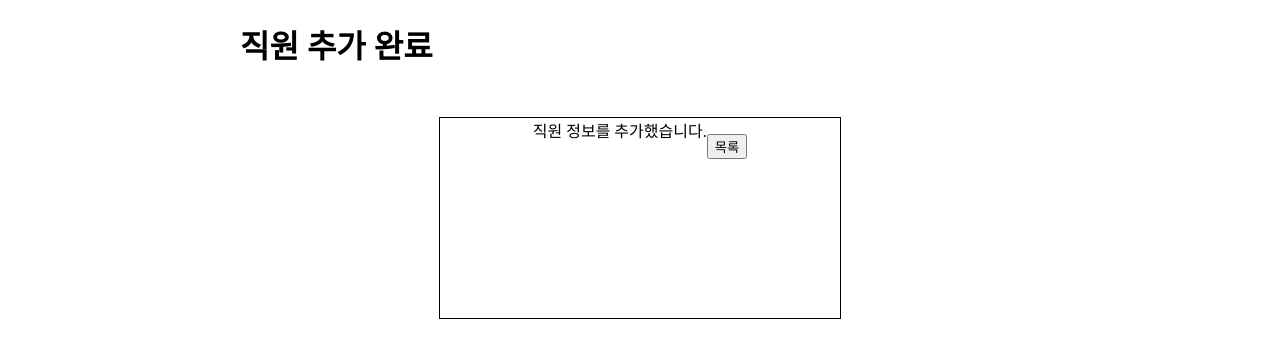
Repository: coolSummer1119/study
Page: http://localhost/ch03_Jsp/ch19_employee/insert.jsp
The author's editor kept a copy of each file at every save. The page is drawn from the files as they stood at one save, then again after the next save.
The browser window is 1280 px wide. The pictures show the whole page.
The page is served by Tomcat 9. Other server files are loaded and not shown. Queries for data that is not in the repository find no rows.

Above is the page before, as saved 2024-05-02 07:12:41.

### workspace/ch03_Jsp/src/main/webapp/ch19_employee/insert.jsp
<%@page import="kr.board.vo.BoardDAO"%>
<%@ page language="java" contentType="text/html; charset=UTF-8"
    pageEncoding="UTF-8"%>
<%@ page import="kr.employee.vo.EmployeeDAO" %>
<%
	//데이터 인코딩 타입 지정
	request.setCharacterEncoding("utf-8");
%>
<jsp:useBean id="employee" class="kr.employee.vo.EmployeeVO"/>
<jsp:setProperty name="employee" property="*"/>
<%
	EmployeeDAO dao = EmployeeDAO.getInstance();
	dao.insertEmployee(employee);
%>
<!DOCTYPE html>
<html>
<head>
<meta charset="UTF-8">
<title>직원 추가완료</title>
<link rel="stylesheet" href="<%= request.getContextPath() %>/CSS/style.css" type="text/css">
</head>
<body>
<div class="page-main">
	<h1>직원 추가 완료</h1>
	<div class="result-display">
		직원 정보를 추가했습니다.<p>
		<button onclick="location.href='list.jsp'">목록</button>
	</div>
</div>
</body>
</html>

### workspace/ch03_Jsp/src/main/java/kr/employee/vo/EmployeeVO.java
package kr.employee.vo;

import java.sql.Date;

public class EmployeeVO {
	//프로퍼티
	private int num;
	private String id;
	private String name;
	private String passwd;
	private int salary;
	private String job;
	private Date reg_date;

	//비밀번호 체크
	public boolean isCheckedPassword(String userPasswd) {
		if(passwd.equals(userPasswd)) {//비밀번호 일치
			return true;
		}
		return false;//비밀번호 불일치
	}

	public int getNum() {
		return num;
	}
	public void setNum(int num) {
		this.num = num;
	}
	public String getId() {
		return id;
	}
	public void setId(String id) {
		this.id = id;
	}
	public String getName() {
		return name;
	}
	public void setName(String name) {
		this.name = name;
	}
	public String getPasswd() {
		return passwd;
	}
	public void setPasswd(String passwd) {
		this.passwd = passwd;
	}
	public int getSalary() {
		return salary;
	}
	public void setSalary(int salary) {
		this.salary = salary;
	}
	public String getJob() {
		return job;
	}
	public void setJob(String job) {
		this.job = job;
	}
	public Date getReg_date() {
		return reg_date;
	}
	public void setReg_date(Date reg_date) {
		this.reg_date = reg_date;
	}



}

### workspace/ch03_Jsp/src/main/java/kr/employee/vo/EmployeeDAO.java
package kr.employee.vo;

import java.sql.Connection;
import java.sql.PreparedStatement;
import java.sql.ResultSet;

import kr.util.DBUtil;

public class EmployeeDAO {
	//싱글턴 패턴
	private static EmployeeDAO instance = new EmployeeDAO();

	public static EmployeeDAO getInstance() {
		return instance;
	}
	private  EmployeeDAO() {

	}
	//사원등록
	public void insertEmployee(EmployeeVO employee)throws Exception{
		Connection conn = null;
		PreparedStatement pstmt = null;
		String sql = null;
		try {
			conn = DBUtil.getConnection();
			sql = "INSERT INTO semployee (num,id,name,passwd,salary,job,reg_date) VALUES (semployee_seq.nextval,?,?,?,?,?,SYSDATE)";
			pstmt= conn.prepareStatement(sql);
			pstmt.setString(1, employee.getId());
			pstmt.setString(2, employee.getName());
			pstmt.setString(3, employee.getPasswd());
			pstmt.setInt(4, employee.getSalary());
			pstmt.setString(5, employee.getJob());

			pstmt.executeUpdate();
		}catch(Exception e) {
			throw new Exception(e);
		}finally {
			DBUtil.excuteClose(null, pstmt, conn);
		}
	}

	//사원 상세정보
	public EmployeeVO getEmployee(int num)throws Exception{
		Connection conn = null;
		PreparedStatement pstmt = null;
		ResultSet rs = null;
		EmployeeVO vo = null;
		String sql = null;
		try {
			conn = DBUtil.getConnection();
			sql = "SELECT * FROM semployee WHERE num =?";
			pstmt = conn.prepareStatement(sql);
			pstmt.setInt(1, num);

			rs = pstmt.executeQuery();


			if(rs.next()) {
				vo = new EmployeeVO();
				vo.setNum(rs.getInt("num"));
				vo.setName(rs.getString("name"));
				vo.setJob(rs.getString("job"));
				vo.setId(rs.getString("id"));
				vo.setPasswd(rs.getString("passwd"));
				vo.setSalary(rs.getInt("salary"));
				vo.setReg_date(rs.getDate("reg_date"));
			}
		}catch(Exception e) {
			throw new Exception(e);
		}finally {
			DBUtil.excuteClose(rs, pstmt, conn);
		}
		return vo;
	}

	//아이디 중복 체크, 로그인 체크
	public EmployeeVO checkEmployee(String id) throws Exception{
		Connection conn= null;
		PreparedStatement pstmt = null;
		ResultSet rs = null;
		EmployeeVO vo = null;
		String sql = null;
		try {
			conn=DBUtil.getConnection();
			sql = "SELECT * FROM semployee WHERE id=?";
			pstmt = conn.prepareStatement(sql);
			pstmt.setString(1, id);
			rs = pstmt.executeQuery();
			if(rs.next()) {
				vo =new EmployeeVO();
				vo.setId(rs.getString("id"));
				vo.setNum(rs.getInt("num"));
				vo.setPasswd(rs.getString("passwd"));
			}


		}catch(Exception e) {
			throw new Exception(e);
		}finally {
			DBUtil.excuteClose(rs, pstmt, conn);
		}

		return vo;
	}

	//사원정보 수정
	public void updateEmployee(EmployeeVO vo)throws Exception{
		Connection conn =null;
		PreparedStatement pstmt = null;
		String sql = null;
		try {
			//connetion풀에 연결
			conn= DBUtil.getConnection();
			//sql문 작성
			sql="UPDATE semployee SET name=?,salary=?,job=? WHERE num=?";
			//preparedStatement객체 생성
			pstmt = conn.prepareStatement(sql);
			pstmt.setString(1, vo.getName());
			pstmt.setInt(2, vo.getSalary());
			pstmt.setString(3, vo.getJob());
			pstmt.setInt(4, vo.getNum());
			//sql문 실행
			pstmt.executeUpdate();

		}catch(Exception e) {
			throw  new Exception(e);
		}finally {
			DBUtil.excuteClose(null, pstmt, conn);
		}
	}
	//사원정보 삭제
	public void deleteEmployee(int num)throws Exception{
		Connection conn = null;
		PreparedStatement pstmt = null;
		PreparedStatement pstmt2 = null;

		String sql = null;
		try {
			conn = DBUtil.getConnection();
			conn.setAutoCommit(false);
			sql = "DELETE FROM story WHERE num=?";
			pstmt = conn.prepareStatement(sql);
			pstmt.setInt(1, num);
			pstmt.executeUpdate();

			sql = "DELETE FROM semployee WHERE num=?";
			pstmt2 = conn.prepareStatement(sql);
			pstmt2.setInt(1, num);
			pstmt2.executeUpdate();


		}catch(Exception e) {
			throw new Exception(e);
		}finally {
			DBUtil.excuteClose(null, pstmt2, conn);
			DBUtil.excuteClose(null, pstmt, conn);
		}
	}

}

### workspace/ch03_Jsp/src/main/java/kr/util/DBUtil.java
package kr.util;

import java.sql.Connection;
import java.sql.DriverManager;
import java.sql.PreparedStatement;
import java.sql.ResultSet;
import java.sql.SQLException;

import javax.naming.Context;
import javax.naming.InitialContext;
import javax.sql.DataSource;

public class DBUtil {

	//Connection 객체를 생성해서 반환
	public static Connection getConnection() throws Exception {
		Context initCtx = new InitialContext();
		DataSource ds = (DataSource)initCtx.lookup("java:comp/env/jdbc/xe");
		return ds.getConnection();
	}
	//자원 정리
	public static void excuteClose(ResultSet rs, PreparedStatement pstmt, Connection conn) {
		if(rs!=null)try {rs.close();}catch(SQLException e) {}
		if(pstmt!=null)try {pstmt.close();}catch(SQLException e) {}
		if(conn!=null)try {conn.close();}catch(SQLException e) {}
	}
}

### workspace/ch03_Jsp/src/main/webapp/CSS/style.css
@charset "UTF-8";


body{
	padding: 0;
	margin: 0;
}
.page-main{
	width: 800px;
	margin: 0 auto;/* 중앙정렬 */

}
.result-display{
	width: 400px;
	height: 200px;
	margin: 50px auto;
	border: 1px solid #000;
	display: flex;
	align-content: center;/* 세로정렬 */
	justify-content: center;/* 가로정렬 */

}
.align-center{
	text-align: center;
}
.align-right{
	text-align: right;
}
/* 목록 */
table{
	width: 100%;
	border: 1px solid #000;
	border-collapse: collapse;
	margin-top: 5px;
}
table td, table th{
	border: 1px solid #000;
	padding: 5px;
}
/* 등록, 수정폼 */
form{
	width: 500px;
	margin: 0 auto;
	border: 1px solid #000;
	padding: 10px 10px 10px 30px;
}
ul{
	list-style: none;
}
label {
	width: 100px;
	float: left; /* 태그를 왼쪽으로 정렬 */
}

After the next save:
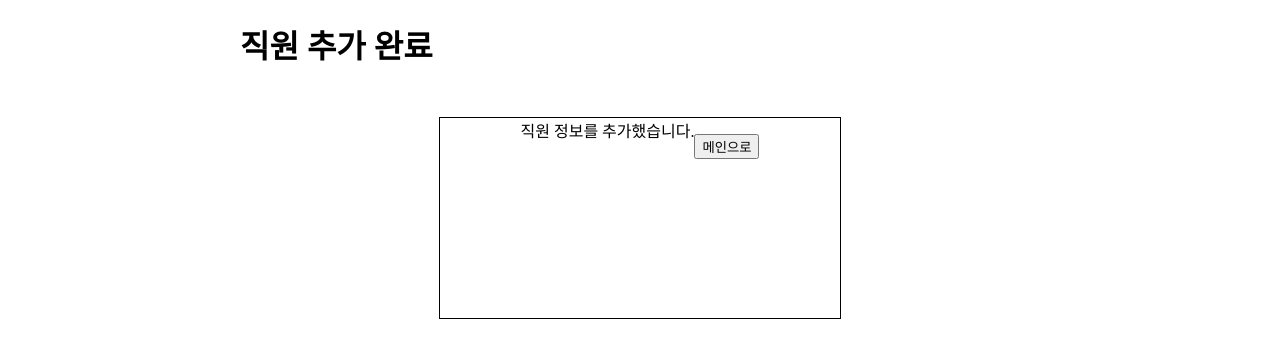
Saved 2 min 21 s later.
--- a/workspace/ch03_Jsp/src/main/webapp/ch19_employee/insert.jsp
+++ b/workspace/ch03_Jsp/src/main/webapp/ch19_employee/insert.jsp
@@ -24,7 +24,7 @@
 	<h1>직원 추가 완료</h1>
 	<div class="result-display">
 		직원 정보를 추가했습니다.<p>
-		<button onclick="location.href='list.jsp'">목록</button>
+		<button onclick="location.href='main.jsp'">메인으로</button>
 	</div>
 </div>
 </body>
